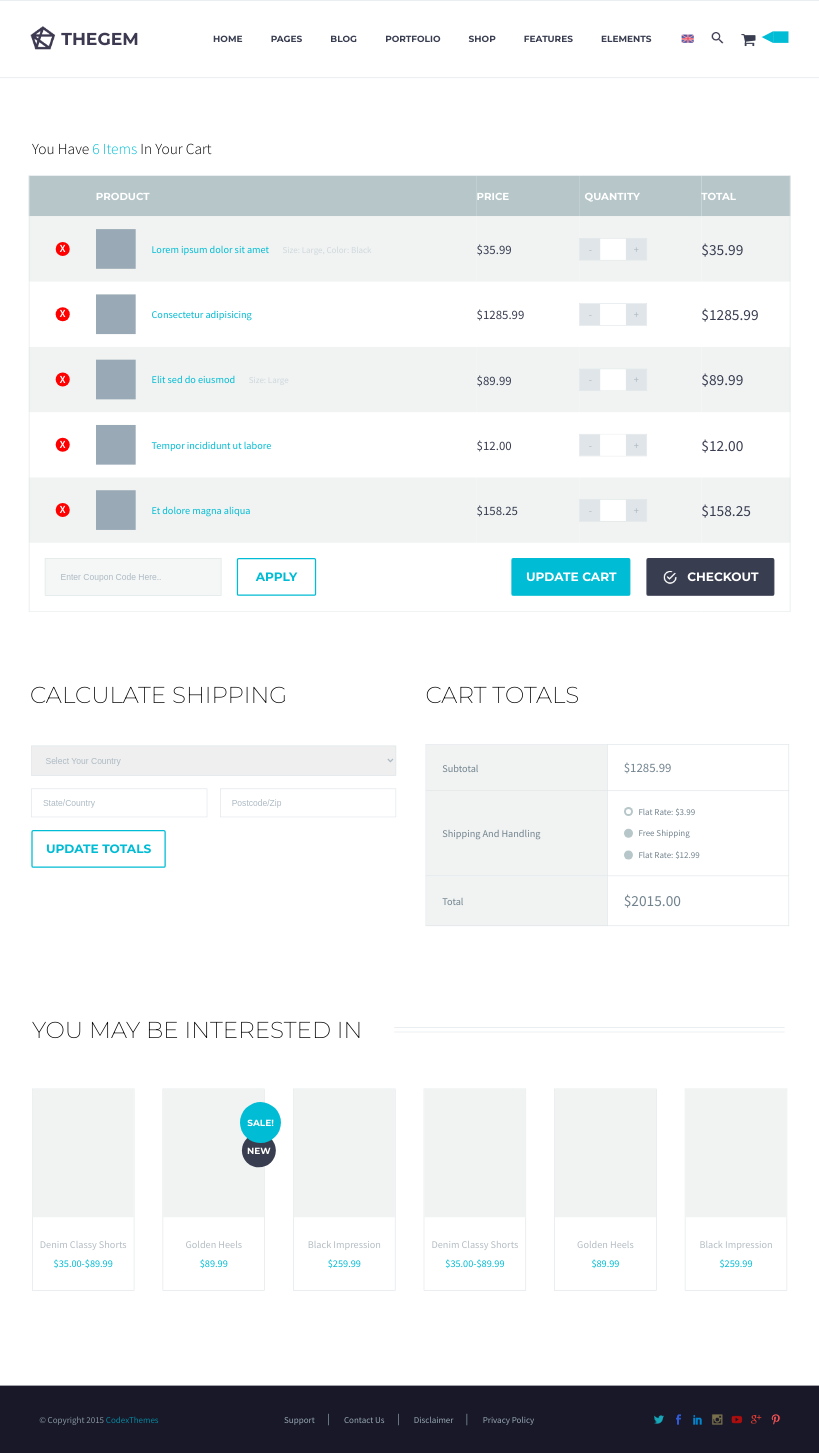
Repository: flylessbird/shop_cart
Page: html/page.html
These files come from the project's save history. The page is drawn as it stood at one moment and after a run of saves; the edit follows.
The browser window is 1280 px wide. The pictures show the whole page, at 64% of full size.
The style sheet was rebuilt from its Sass, Less or Tailwind sources for each picture, by a compiler version that may differ from the author's.

Above is the page before, as saved 2022-05-14 20:48:43.

### html/page.html
<!DOCTYPE html>
<html lang="en">
  <head>
    <meta charset="UTF-8" />
    <meta http-equiv="X-UA-Compatible" content="IE=edge" />
    <meta name="viewport" content="width=device-width, initial-scale=1.0" />
    <title>Document</title>
    <link
    rel="stylesheet"
    href="https://cdnjs.cloudflare.com/ajax/libs/font-awesome/4.7.0/css/font-awesome.min.css"
  />
    <link
      href="https://fonts.googleapis.com/css2?family=Montserrat:wght@200;700&family=Source+Sans+Pro:wght@300;400&display=swap"
      rel="stylesheet"
    />
    <!-- <link rel="stylesheet" href="/fontawesome/css/all.min.css"> -->
    <link rel="stylesheet" href="/css/page.css" />
  </head>
  <body>
    <div class="container">
      <nav class="nav" id="topnav">
        <ul class="logo">
          <li>
            <a href="#" class="side"><img src="/img/logo.png" alt="" /></a>
          </li>
          <li><a href="#" class="side gem">thegem</a></li>
        </ul>
        <ul class="logo_list1">
          <li><a href ="#" class="mid">home</a></li>
          <li><a href="#" class="mid">pages</a></li>
          <li><a href="#" class="mid">blog</a></li>
          <li><a href="#" class="mid">portfolio</a></li>
          <li><a href="#" class="mid">shop</a></li>
          <li><a href="#" class="mid">features</a></li>
          <li><a href="#" class="mid">elements</a></li>
        </ul>

        <ul class="logo_list2">
          <li>
            <a href="" class="side"><img src="/img/uk.png" alt="" /></a>
          </li>
          <li>
            <a href="" class="side"><img src="/img/search.png" /></a>
          </li>
          <li class="shop_tag">
            <a href=""><i class="fa fa-shopping-cart"></i></a>
            <div class="tag">
              <span class="triangle"></span>
              <span class="square"></span>
              </div>
          </li>
        </ul>
        <a href="javascript:void(0);" class="icon" onclick="myFunction()">
          <i class="fa fa-bars"></i>
        </a>

      </nav>
      <section class="table">
        <h2>you have<span> 6 items </span>in your cart</h2>
        <table class="detail">
          <tr class="head">
            <th></th>
            <th class="product_head"><span>product</span></th>
            <th><span>price</span></th>
            <th><span class="quantity_head">quantity</span></th>
            <th><span>total</span></th>
          </tr>

          <tr class="row">
            <td>
              <div class="close_cell"><span class="close_btn">x</span></div>
            </td>
            <td class="product_col">
              <div class="content">
                <span class="square"></span>
                <p class="text">
                  <span class="blue">Lorem ipsum dolor sit amet</span>
                  <span class="grey">size: large, color: black</span>
                </p>
              </div>
            </td>
            <td class="price_col">
              <span class="price">$35.99</span>
            </td>
            <td class="quantity_col">
              <div class="quantity">
                <div class="minus"><span>-</span></div>
                <input class="item"></input>
                <div class="plus"><span>+</span></div>
              </div>
            </td>
            <td class="total_col"><span class="total">$35.99</span></td>
          </tr>
          <tr class="row">
            <td>
              <div class="close_cell"><span class="close_btn">x</span></div>
            </td>
            <td class="product_col">
              <div class="content">
                <span class="square"></span>
                <p class="text">
                  <span class="blue">Consectetur adipisicing</span>
                </p>
              </div>
            </td>
            <td class="price_col">
              <span class="price">$1285.99</span>
            </td>
            <td class="quantity_col">
              <div class="quantity">
                <div class="minus"><span>-</span></div>
                <input class="item"></input>
                <div class="plus"><span>+</span></div>
              </div>
            </td>
            <td class="total_col"><span class="total">$1285.99</span></td>
          </tr>
          <tr class="row">
            <td>
              <div class="close_cell"><span class="close_btn">x</span></div>
            </td>
            <td class="product_col">
              <div class="content">
                <span class="square"></span>
                <p class="text">
                  <span class="blue">Elit sed do eiusmod</span>
                  <span class="grey">size: large</span>
                </p>
              </div>
            </td>
            <td class="price_col">
              <span class="price">$89.99</span>
            </td>
            <td class="quantity_col">
              <div class="quantity">
                <div class="minus"><span>-</span></div>
                <input class="item"></input>
                <div class="plus"><span>+</span></div>
              </div>
            </td>
            <td class="total_col"><span class="total">$89.99</span></td>
          </tr>
          <tr class="row">
            <td>
              <div class="close_cell"><span class="close_btn">x</span></div>
            </td>
            <td class="product_col">
              <div class="content">
                <span class="square"></span>
                <p class="text">
                  <span class="blue">Tempor incididunt ut labore</span>
                </p>
              </div>
            </td>
            <td class="price_col">
              <span class="price">$12.00</span>
            </td>
            <td class="quantity_col">
              <div class="quantity">
                <div class="minus"><span>-</span></div>
                <input class="item"></input>
                <div class="plus"><span>+</span></div>
              </div>
            </td>
            <td class="total_col"><span class="total">$12.00</span></td>
          </tr>
          <tr class="row">
            <td>
              <div class="close_cell"><span class="close_btn">x</span></div>
            </td>
            <td class="product_col">
              <div class="content">
                <span class="square"></span>
                <p class="text">
                  <span class="blue">Et dolore magna aliqua</span>
                </p>
              </div>
            </td>
            <td class="price_col">
              <span class="price">$158.25</span>
            </td>
            <td class="quantity_col">
              <div class="quantity">
                <div class="minus"><span>-</span></div>
                <input class="item"></input>
                <div class="plus"><span>+</span></div>
              </div>
            </td>
            <td class="total_col"><span class="total">$158.25</span></td>
          </tr>
          <tr class="last_row">
            <td colspan="5">
              <div class="btn">
                <input type="text" placeholder="enter coupon code here.." />
                <button class="apply">apply</button>
                <button class="cart">update cart</button>
                <button class="checkout"><img src="/img/check_item.png" alt=""><span>checkout</span></button>
              </div>
            </td>
          </tr>
        </table>
      </section>
      <section class="ship_total">
        <div class="ship">
          <h2>calculate shipping</h2>
          <table>
            <form action="">
              <tr>
                <td colspan="2">
                  <select name="" >
                    <option value="" disabled selected hidden>
                      Select Your Country
                    </option>
                    <option value="Vietnam">Vietnam</option>
                    <option value="India">India</option>
                    <option value="Japan">Japan</option>
                  </select>
                </td>
              </tr>
              <tr>
                <td>
                  <input type="text" placeholder="State/Country" />
                </td>
                <td>
                  <input class="zip" type="text" placeholder="Postcode/Zip" />
                </td>
              </tr>
              <tr>
                <td><button>update totals</button></td>
              </tr>
            </form>
          </table>
        </div>
        <div class="total">
          <h2>cart totals</h2>
          <table>
            <tr>
              <td class="left">subtotal</td>
              <td class="right subtotal_price">$1285.99</td>
            </tr>
            <tr>
              <td class="left">shipping and handling</td>
              <td class="right">
                <label class="ship_handle"
                  ><p>flat rate: $3.99</p>
                  <input type="radio" checked="checked" name="radio" />
                  <span class="checkmark"></span>
                </label>
                <label class="ship_handle second"
                  ><p>free shipping</p>
                  <input type="radio" name="radio" />
                  <span class="checkmark"></span>
                </label>
                <label class="ship_handle"
                  ><p>flat rate: $12.99</p>
                  <input type="radio" name="radio" />
                  <span class="checkmark"></span>
                </label>
              </td>
            </tr>

            <tr>
              <td class="left">total</td>
              <td class="right total_price">$2015.00</td>
            </tr>
          </table>
        </div>
      </section>
      <section class="product">
        <h2>you may be interested in<span></span></h2>
        <div class="cards">
          <div class="card">
            <div class="square"></div>
            <div class="content">
              <p class="name">denim classy shorts</p>
              <p class="price">$35.00-$89.99</p>
            </div>
          </div>
          <div class="card">
            <div class="square">
              <div class="badget">
                <div class="sale">sale!</div>
                <div class="new">new</div>
              </div>
            </div>
            <div class="content">
              <p class="name">golden heels</p>
              <p class="price">$89.99</p>
            </div>
          </div>
          <div class="card">
            <div class="square"></div>
            <div class="content">
              <p class="name">black impression</p>
              <p class="price">$259.99</p>
            </div>
          </div>
          <div class="card">
            <div class="square"></div>
            <div class="content">
              <p class="name">denim classy shorts</p>
              <p class="price">$35.00-$89.99</p>
            </div>
          </div>
          <div class="card">
            <div class="square"></div>
            <div class="content">
              <p class="name">golden heels</p>
              <p class="price">$89.99</p>
            </div>
          </div>
          <div class="card">
            <div class="square"></div>
            <div class="content">
              <p class="name">black impression</p>
              <p class="price">$259.99</p>
            </div>
          </div>
        </div>
      </section>
      <footer class="ft">
        <div class="text">
          <span class="copy">&copy; Copyright 2015</span>
          <span class="theme">CodexThemes</span>
        </div>
        <ul class="ft_option">
          <li><a href="#">support</a></li>
          <li><a href="#">contact us</a></li>
          <li><a href="#">disclaimer</a></li>
          <li><a href="#">privacy policy</a></li>
        </ul>
        <img src="/img/social.png" alt="" />
      </footer>
    </div>
    <script src="/js/nav.js"></script>
  </body>
</html>

### css/_reset.scss
* {
  box-sizing: border-box;
  margin: 0;
  padding: 0;
}
body {
  text-transform: capitalize;
  font-size: 16px;
  font-family: "Source Sans Pro", sans-serif;
}
h2 {
  font-family: "Montserrat", sans-serif;
  font-weight: 200;
  font-size: 36px;
  text-transform: uppercase;
  margin-bottom: 55px;
}

### css/_var.scss
$blue: #00bcd4;
$blue_theme: #08859b;
$grey_nav: #3c3950;
$grey_bd: #dfe5e8;
$grey_bg_total: #f0f3f2;
$grey_text_total: #72838e;
// $grey_input_total: #b6c6c9;
$grey_input_ship: #adbac4;
$grey_card_text: #b4bdc3;
$grey_radio: #b6c6c9;
$grey_square: #f0f3f2;
$grey_ava: #99a9b5;
$grey_copy: #8896a2;
$white: white;
$black: #393d50;
$black_bg_ft: #181828;
$red: red;
$grey_info: #cfd7dc;
$grey_price: #cbcad0;
$grey_item: #afb9be;
$grey_bg_input: #f5f7f6;
$blue_hover: #3498db;

### css/_mixin.scss
@mixin circle($s) {
  width: $s;
  height: $s;
  border-radius: 50%;
}

### css/_md.scss
// nav
@media only screen and (max-width: 1200px) {
  .nav {
    justify-content: space-between;
    a {
      &.icon {
        display: block;
        // float: right;
        color: $black;
      }
    }
    ul:not(:nth-child(1)) {
      display: none;
    }
  }
}
// nav res
@media only screen and (max-width: 1200px) {
  .nav.responsive {
    border: none;
    flex-direction: column;
    align-items: flex-start;
    position: relative;
    // border: 1px solid #000;
    // gap: 20px;
    a {
      &.icon {
        // display: block;
        // float: right;
        color: $black;
        position: absolute;
        top: 50px;
        right: 40px;
      }
    }
    .logo {
      &_list1 {
        padding: 20px 0;
        display: block;
        li {
          margin-bottom: 20px;
        }
      }
      &_list2 {
        display: none;
      }
    }
  }
}
// product
@media only screen and (max-width: 1200px) {
  .product {
    width: 60%;
    // border: 1px solid #000;
    margin: 0 auto;
    margin-top: 140px;

    h2 {
      text-align: center;
      width: auto;
      span {
        display: none;
      }
    }
  }
}
// footer
@media only screen and (max-width: 1200px) {
  .ft {
    flex-direction: column;
    gap: 10px;
    padding: 30px 0;
    .ft_option {
      margin-left: 0;
    }
    img {
      margin-left: 0;
    }
  }
}
// table
@media screen and (max-width: 1200px) {
  .table {
    margin-top: 50px;
    h2 {
      text-align: center;
      width: auto;
    }
  }
}

### css/_sm.scss
// nav res
@media only screen and (max-width: 300px) {
  .nav.responsive {
    border: none;
    flex-direction: column;
    align-items: flex-start;
    position: relative;
    a {
      &.icon {
        color: $black;
        position: absolute;
        top: 50px;
        right: 10px;
      }
    }
    .logo {
      &_list1 {
        padding: 20px 0;
        display: block;
        li {
          margin-bottom: 20px;
        }
      }
      &_list2 {
        display: none;
      }
    }
  }
}
// nav logo
@media only screen and (max-width: 300px) {
  .nav {
    // display: block;
    padding: 40px 10px;
    position: relative;
    a {
      &.icon {
        color: $black;
        position: absolute;
        top: 50px;
        right: 10px;
      }
    }
  }
  .logo {
    // margin-left: 0;
    // align-self: ;
  }
}
// footer
@media only screen and (max-width: 500px) {
  .ft {
    .ft_option {
      display: flex;
      flex-direction: column;
      margin-left: 0;
      li {
        &:not(:nth-child(4)) {
          border-right: none;
        }
      }
    }
  }
}
// ship total
@media only screen and (max-width: 600px) {
  .ship_total {
    .ship {
      select,
      input {
        width: 100%;
      }
      .zip {
        margin-left: 0;
      }
      button {
        width: 100%;
      }
    }
    .total {
      table {
        width: 100%;
      }
    }
  }
}

Loaded but not shown: js/nav.js (8 lines, source omitted); css/page.scss (579 lines, source omitted)

After the next 2 saves:
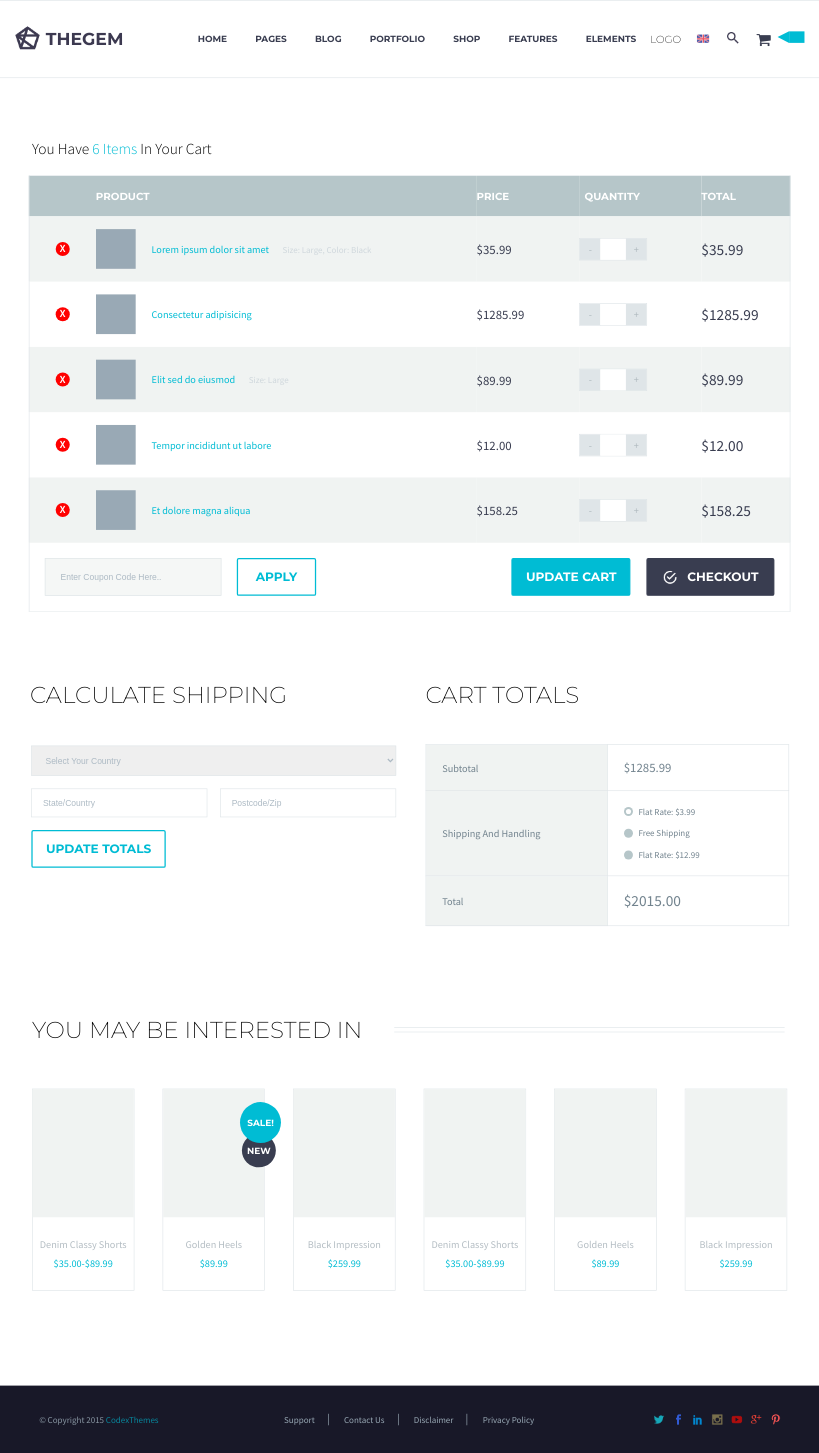
The 2 saves are shown as one change because they came seconds apart.
The last was saved 67 s later.
--- a/html/page.html
+++ b/html/page.html
@@ -34,7 +34,7 @@
           <li><a href="#" class="mid">features</a></li>
           <li><a href="#" class="mid">elements</a></li>
         </ul>
-
+logo
         <ul class="logo_list2">
           <li>
             <a href="" class="side"><img src="/img/uk.png" alt="" /></a>

After the 2 saves that followed:
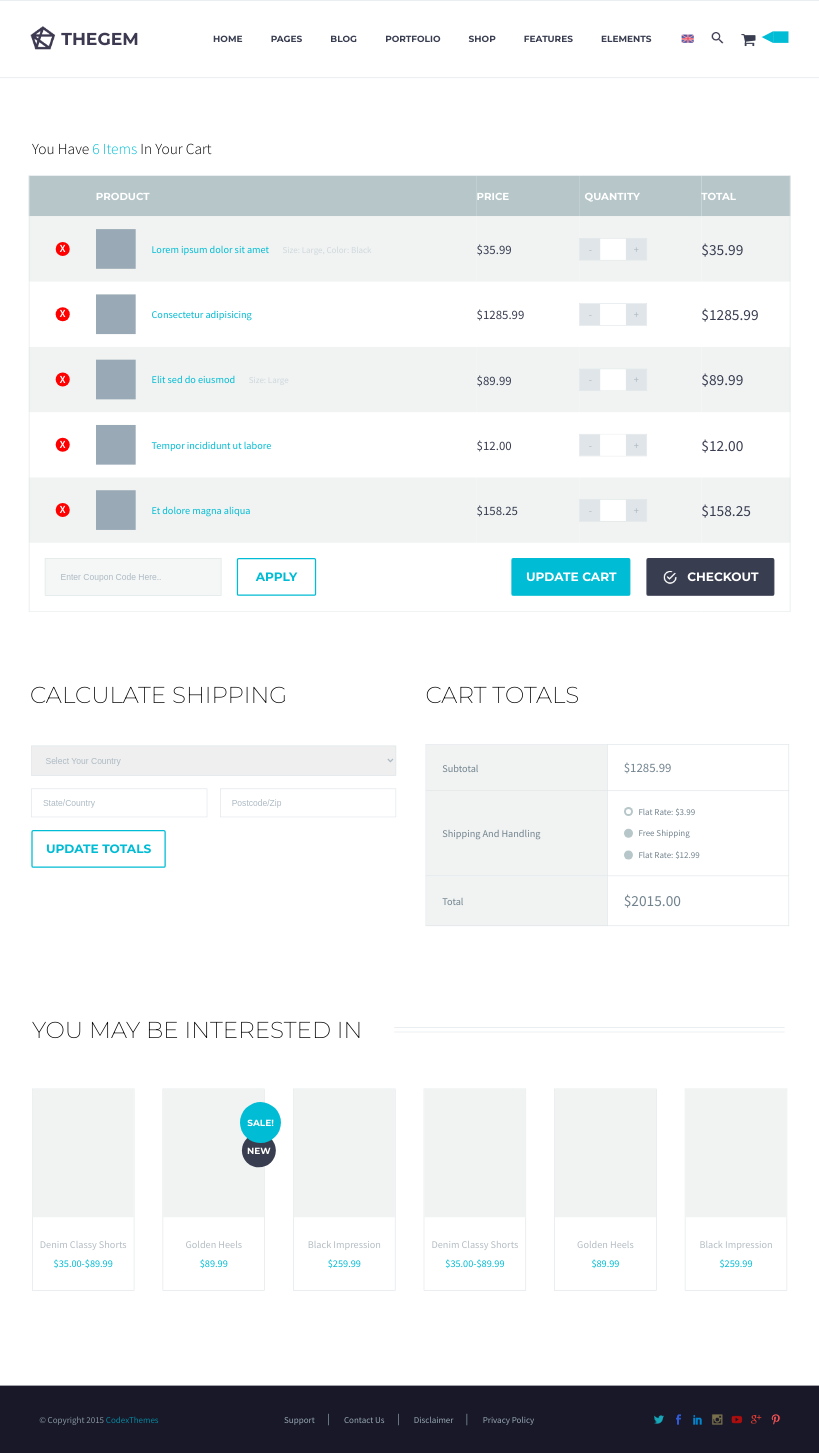
The 2 saves are shown as one change because 1 left the picture as it was.
The last was saved 2 min 2 s later.
--- a/html/page.html
+++ b/html/page.html
@@ -34,8 +34,7 @@
           <li><a href="#" class="mid">features</a></li>
           <li><a href="#" class="mid">elements</a></li>
         </ul>
-logo
-        <ul class="logo_list2">
+               <ul class="logo_list2">
           <li>
             <a href="" class="side"><img src="/img/uk.png" alt="" /></a>
           </li>
